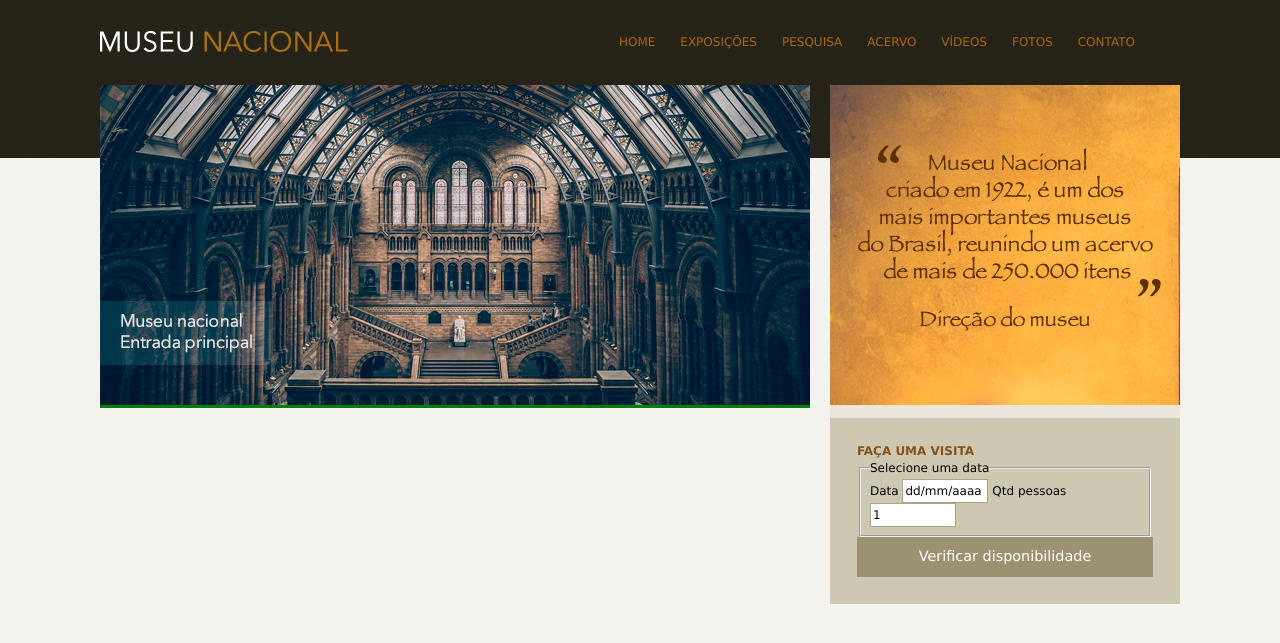
Repository: GustavoScopinho/Museu-Nacional
Page: index.html
These files come from the project's save history. The page is drawn as it stood at one moment and after the next save; the edit follows.
The browser window is 1280 px wide. The pictures show the whole page.

Above is the page before, as saved 2022-07-05 01:19:34.

After the next save:
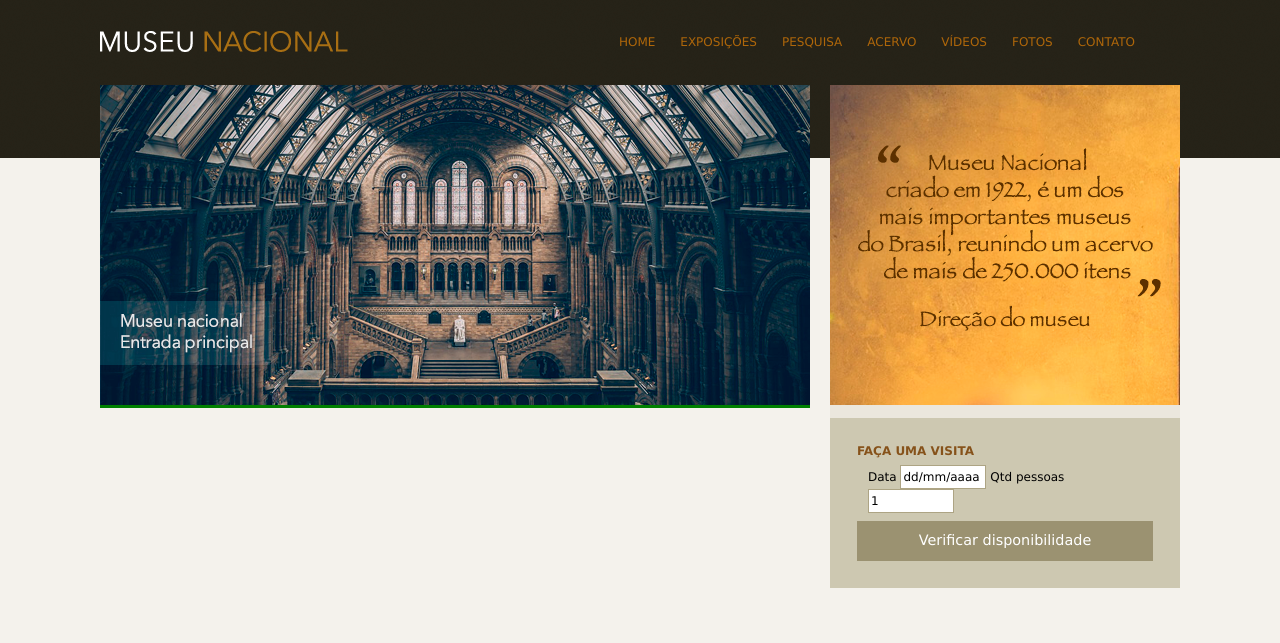
Saved 53 s later.
--- a/css/style.css
+++ b/css/style.css
@@ -104,3 +104,11 @@
   height: 40px;
   font-size: 1.2em;
 }
+
+fieldset {
+  border: none;
+}
+
+legend {
+  display: none;
+}
